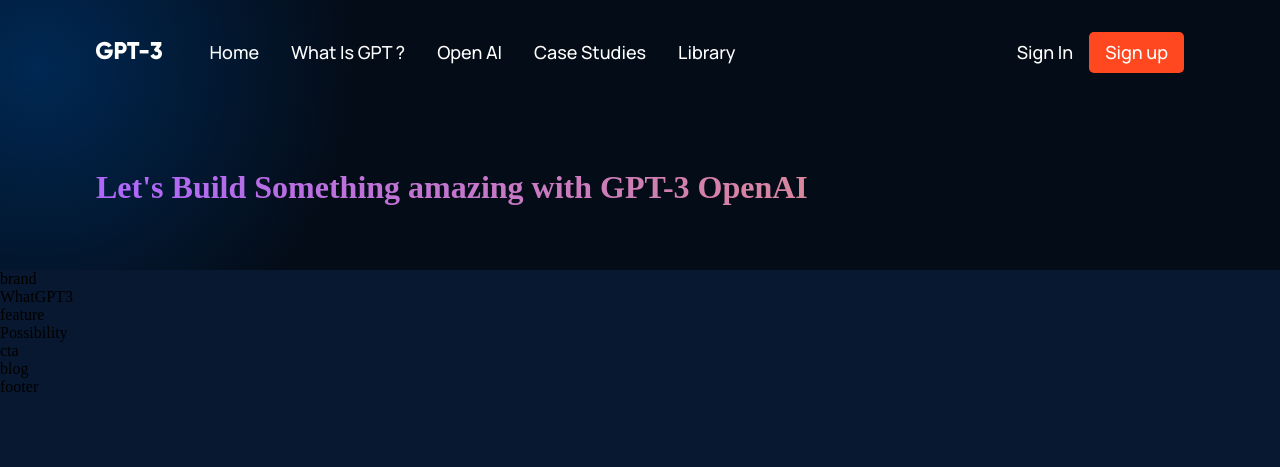
Repository: smitranjansingh29/gpt3-react
Page: /
The author's editor kept a copy of each file at every save. The page is drawn from the files as they stood at one save, then again after the next save.
The browser window is 1280 px wide. The pictures show the whole page.
The project was rebuilt for these pictures with package versions that can differ from the ones it lists, and the page was loaded fresh each time. Also part of the build but not shown: src/components/brand/brand.css, src/components/cta/cta.css, src/components/feature/feature.css, src/components/feature/Feature.jsx, src/containers/features/feature.css, src/containers/footer/footer.css, src/containers/header/header.css, src/containers/possibility/possibility.css and 1 more.

Above is the page before, as saved 2023-10-02 19:48:08.

### src/index.js
import React from 'react';
import ReactDOM from 'react-dom';
import App from './App';
import './index.css';

ReactDOM.render( < App / > , document.getElementById('root'));

### src/App.js
import React from 'react';

import { Brand , Cta , Navbar } from './components';
import { Footer , Blog , Possibility , Features , WhatGPT3 , Header } from './containers';

import './App.css';
const App = () => {
  return (
    <div className='App' >
    <div className='gradient__bg' >
      <Navbar/>
      <Header/>
    </div>
    <Brand/>
    <WhatGPT3/>
    <Features/>
    <Possibility/>
    <Cta/>
    <Blog/>
    <Footer/>
    </div>
  )
}

export default App

### src/index.css
@import url('https://fonts.googleapis.com/css2?family=Manrope:wght@200;300;400;500;600;700;800&display=swap');
:root {
    --font-family: 'Manrope', sans-serif;
    --gradient-text: linear-gradient(89.97deg, #AE67FA 1.84%, #F49867 102.67%);
    --gradient-bar: linear-gradient(103.22deg, #AE67FA -13.86%, #F49867 99.55%);
    --color-bg: #081830;
    --color-footer: #031B34;
    --color-blog: #042c54;
    --color-text: #81AFDD;
    --color-subtext: #FF8A71;
}

### src/components/index.js
export { default as Article } from './article/Article';
export { default as Brand } from './brand/Brand';
export { default as Cta } from './cta/Cta';
export { default as Feature } from './feature/Feature';
export { default as Navbar } from './navbar/Navbar';

### src/App.css
* {
    padding: 0;
    margin: 0;
    box-sizing: border-box;
    scroll-behavior: smooth;
}

body {
    background: var(--color-bg);
}

a {
    color: unset;
    text-decoration: none;
}

.gradient__bg {
    background: -moz-radial-gradient(circle at 3% 25%, rgba(0, 40, 83, 1) 0%, rgba(4, 12, 24, 1) 25%);
    /* safari 5.1+,chrome 10+ */
    background: -webkit-radial-gradient(circle at 3% 25%, rgba(0, 40, 83, 1) 0%, rgba(4, 12, 24, 1) 25%);
    /* opera 11.10+ */
    background: -o-radial-gradient(circle at 3% 25%, rgba(0, 40, 83, 1) 0%, rgba(4, 12, 24, 1) 25%);
    /* ie 10+ */
    background: -ms-radial-gradient(circle at 3% 25%, rgba(0, 40, 83, 1) 0%, rgba(4, 12, 24, 1) 25%);
    /* global 92%+ browsers support */
    background: radial-gradient(circle at 3% 25%, rgba(0, 40, 83, 1) 0%, rgba(4, 12, 24, 1) 25%);
}

.gradient__text {
    background: var(--gradient-text);
    background-clip: text;
    -webkit-background-clip: text;
    -webkit-text-fill-color: transparent;
}

.section__padding {
    padding: 4rem 6rem;
}

.section__margin {
    margin: 4rem 6rem;
}

.scale-up-center {
    -webkit-animation: scale-up-center 0.4s cubic-bezier(0.390, 0.575, 0.565, 1.000) both;
    animation: scale-up-center 0.4s cubic-bezier(0.390, 0.575, 0.565, 1.000) both;
}

@-webkit-keyframes scale-up-center {
    0% {
        -webkit-transform: scale(0.5);
        transform: scale(0.5);
    }
    100% {
        -webkit-transform: scale(1);
        transform: scale(1);
    }
}

@keyframes scale-up-center {
    0% {
        -webkit-transform: scale(0.5);
        transform: scale(0.5);
    }
    100% {
        -webkit-transform: scale(1);
        transform: scale(1);
    }
}

@media screen and (max-width: 700px) {
    .section__padding {
        padding: 4rem;
    }
    .section__margin {
        margin: 4rem;
    }
}

@media screen and (max-width: 550px) {
    .section__padding {
        padding: 4rem 2rem;
    }
    .section__margin {
        margin: 4rem 2rem;
    }
}

### src/components/article/Article.jsx
import React from 'react'

const Article = () => {
    return ( <
        div >
        Article <
        /div>
    )
}

export default Article

### src/components/brand/Brand.jsx
import React from 'react';
import './brand.css';
const Brand = () => {
  return (
    <div>
      brand
    </div>
  )
}

export default Brand

### src/components/cta/Cta.jsx
import React from 'react';
import './cta.css';
const Cta = () => {
  return (
    <div>
      cta
    </div>
  )
}

export default Cta

### src/components/navbar/Navbar.jsx
import React , { useState } from "react";
import { RiMenu3Line, RiCloseLine } from "react-icons/ri";
import logo from '../../assets/logo.svg'
import "./navbar.css";


const Navbar = () => {

const [toggleMenu , setToggleMenu] = useState(false);


  return (
    <div className="gpt3__navbar">
      <div className="gpt3__navbar-links">
        <div className="gpt3__navbar-links_logo">
          <img src={logo} alt="logo" />
        </div>
        <div className="gpt3__navbar-links_container">
          <p> <a href="#home"> Home </a> </p>
          <p> <a href="#wgpt3"> What is GPT ? </a> </p>
          <p> <a href="#possibility"> Open AI </a> </p>
          <p> <a href="#features"> Case Studies </a> </p>
          <p> <a href="#blog"> Library </a> </p>
        </div>
      </div>
      <div className="gpt3__navbar-sign" >
        <p>Sign in</p>
        <button type="button" >Sign up</button>
      </div>
      <div className="gpt3__navbar-menu" >
      {toggleMenu
          ? <RiCloseLine color="#fff" size={27} onClick={() => setToggleMenu(false)} />
          : <RiMenu3Line color="#fff" size={27} onClick={() => setToggleMenu(true)} />}
        {toggleMenu && (
        <div className="gpt3__navbar-menu_container scale-up-center">
          <div className="gpt3__navbar-menu_container-links">
            <p><a href="#home">Home</a></p>
            <p><a href="#wgpt3">What is GPT3?</a></p>
            <p><a href="#possibility">Open AI</a></p>
            <p><a href="#features">Case Studies</a></p>
            <p><a href="#blog">Library</a></p>
          </div>
          <div className="gpt3__navbar-menu_container-links-sign">
            <p>Sign in</p>
            <button type="button">Sign up</button>
          </div>
        </div>
        )}
      </div>
    </div>
  );
};

export default Navbar;

### src/containers/blog/Blog.jsx
import React from 'react'

const Blog = () => {
  return (
    <div>
      blog
    </div>
  )
}

export default Blog

### src/containers/features/Features.jsx
import React from 'react';
import './feature.css';
const Features = () => {
  return (
    <div>
      feature
    </div>
  )
}

export default Features

### src/containers/footer/Footer.jsx
import React from 'react';
import './footer.css';

const Footer = () => {
  return (
    <div>
      footer
    </div>
  )
}

export default Footer

### src/containers/header/Header.jsx
import React from 'react';
import './header.css';

const Header = () => {
  return (
    <div className="gpt3__header section__padding" id='home' >
      <div className='gpt3__header-content' >
      <h1 className="gradient__text">Let&apos;s Build Something amazing with GPT-3 OpenAI</h1>
      </div>
    </div>
  )
}

export default Header

### src/containers/possibility/Possibility.jsx
import React from 'react';
import './possibility.css';
const Possibility = () => {
  return (
    <div>
      Possibility
    </div>
  )
}

export default Possibility

### src/containers/whatGPT3/WhatGPT3.jsx
import React from 'react';
import './whatGPT3.css';
const WhatGPT3 = () => {
    return ( <
        div >
        WhatGPT3 <
        /div>
    )
}

export default WhatGPT3

### src/components/navbar/navbar.css
.gpt3__navbar {
    display: flex;
    justify-content: space-between;
    align-items: center;
    padding: 2rem 6rem;
}

.gpt3__navbar-links {
    flex: 1;
    display: flex;
    justify-content: flex-start;
    align-items: center;
}

.gpt3__navbar-links_logo {
    margin-right: 2rem;
}

.gpt3__navbar-links_logo img {
    width: 65.56px;
    height: 20.02px;
}

.gpt3__navbar-links_container {
    display: flex;
    flex-direction: row;
}

.gpt3__navbar-sign {
    display: flex;
    justify-content: flex-end;
    align-items: center;
}

.gpt3__navbar-links_container p,
.gpt3__navbar-sign p,
.gpt3__navbar-menu_container p {
    color: #fff;
    font-family: var(--font-family);
    font-weight: 500;
    font-size: 18px;
    line-height: 25px;
    text-transform: capitalize;
    margin: 0 1rem;
    cursor: pointer;
}

.gpt3__navbar-sign button,
.gpt3__navbar-menu_container button {
    padding: 0.5rem 1rem;
    color: #fff;
    background: #FF4820;
    font-family: var(--font-family);
    font-weight: 500;
    font-size: 18px;
    line-height: 25px;
    border: none;
    outline: none;
    cursor: pointer;
    border-radius: 5px;
}

.gpt3__navbar-menu {
    margin-left: 1rem;
    display: none;
    position: relative;
}

.gpt3__navbar-menu svg {
    cursor: pointer;
}

.gpt3__navbar-menu_container {
    display: flex;
    justify-content: flex-end;
    align-items: flex-end;
    flex-direction: column;
    text-align: end;
    background: var(--color-footer);
    padding: 2rem;
    position: absolute;
    right: 0;
    top: 40px;
    margin-top: 1rem;
    min-width: 210px;
    border-radius: 5px;
    box-shadow: 0px 0px 5px rgba(0, 0, 0, 0.2);
}

.gpt3__navbar-menu_container p {
    margin: 1rem 0;
}

.gpt3__navbar-menu_container-links-sign {
    display: none;
}

@media screen and (max-width: 1050px) {
    .gpt3__navbar-links_container {
        display: none;
    }
    .gpt3__navbar-menu {
        display: flex;
    }
}

@media screen and (max-width: 700px) {
    .gpt3__navbar {
        padding: 2rem 4rem;
    }
}

@media screen and (max-width: 550px) {
    .gpt3__navbar {
        padding: 2rem;
    }
    .gpt3__navbar-sign {
        display: none;
    }
    .gpt3__navbar-menu_container {
        top: 20px;
    }
    .gpt3__navbar-menu_container-links-sign {
        display: block;
    }
}

Loaded but not shown: public/index.html (common file); src/containers/index.js (common file)

After the next save:
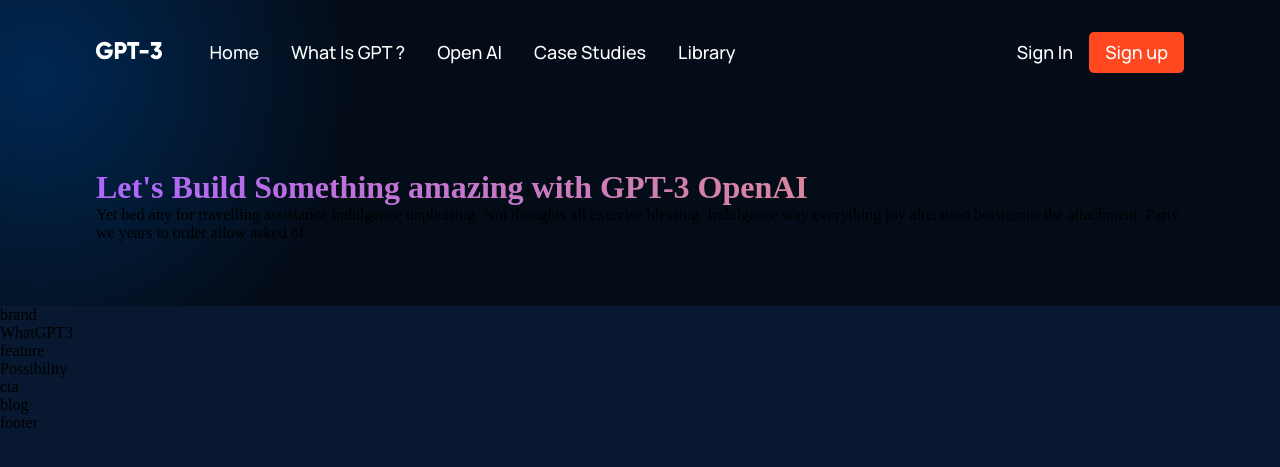
Saved 51 s later.
--- a/src/containers/header/Header.jsx
+++ b/src/containers/header/Header.jsx
@@ -6,6 +6,10 @@
     <div className="gpt3__header section__padding" id='home' >
       <div className='gpt3__header-content' >
       <h1 className="gradient__text">Let&apos;s Build Something amazing with GPT-3 OpenAI</h1>
+      <p>Yet bed any for travelling assistance indulgence unpleasing. Not thoughts all exercise blessing. Indulgence way everything joy alteration boisterous the attachment. Party we years to order allow asked of.</p>
+
+
+
       </div>
     </div>
   )
